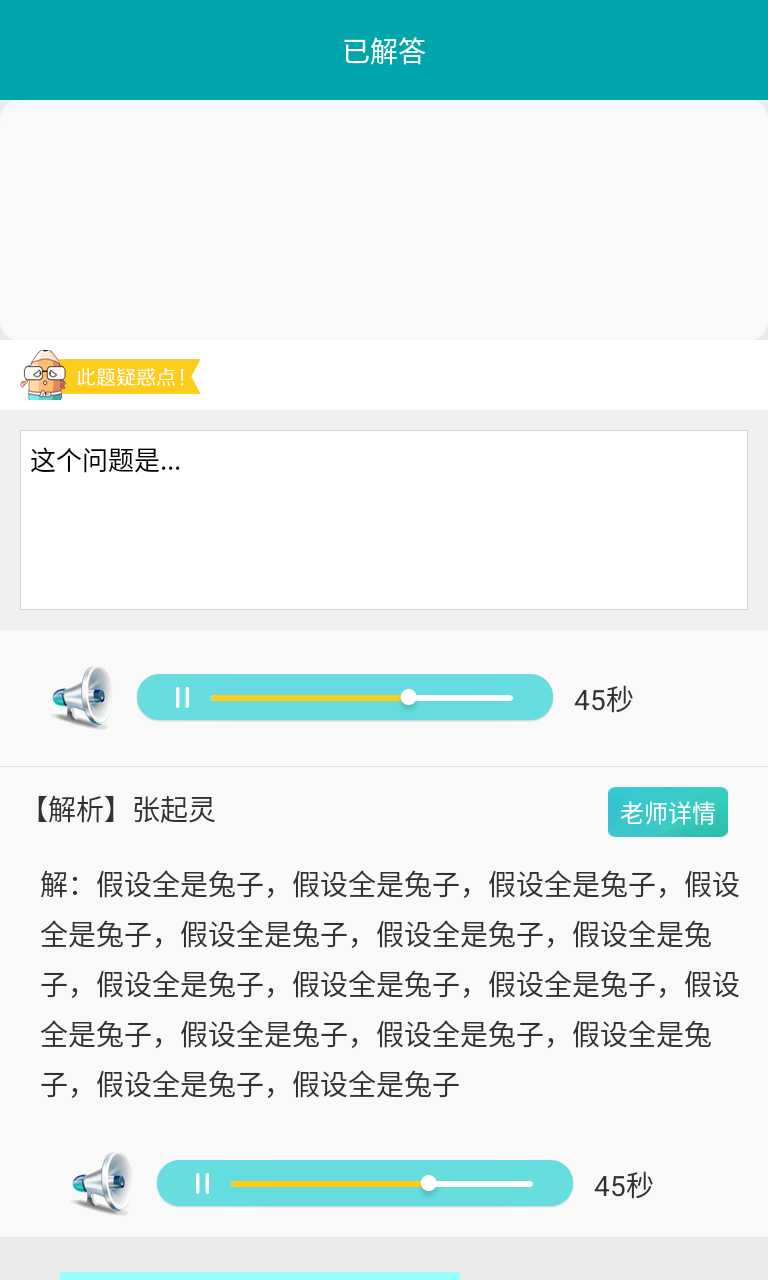
Repository: 2015-Forever/JWD
Layout: Jwd/res/layout/activity_answer.xml
These files come from the project's save history. The layout is drawn as it stood at one moment and after the next save; the edit follows.
It is drawn on a 768 x 1280 px phone screen (xhdpi) without system bars, with theme AppTheme; the app's code is not run. Lists and similar views that code fills are empty.

Above is the layout before, as saved 2015-07-16 06:42:31.

### Jwd/res/layout/activity_answer.xml
<?xml version="1.0" encoding="utf-8"?>
<ScrollView xmlns:android="http://schemas.android.com/apk/res/android"
    android:layout_width="match_parent"
    android:layout_height="match_parent"
    android:scrollbars="none" >

    <LinearLayout
        android:layout_width="match_parent"
        android:layout_height="wrap_content"
        android:background="#EAEAEA"
        android:orientation="vertical" >

        <LinearLayout
            android:layout_width="match_parent"
            android:layout_height="50dp"
            android:background="#00a6ac"
            android:gravity="center" >

            <TextView
                android:layout_width="wrap_content"
                android:layout_height="wrap_content"
                android:text="已解答"
                android:textColor="#ffffff" />
        </LinearLayout>

        <ImageView
            android:layout_width="match_parent"
            android:layout_height="120dp"
            android:background="@drawable/topic_picture" />

        <LinearLayout
            android:layout_width="match_parent"
            android:layout_height="35dp"
            android:background="#FFFFFF"
            android:gravity="center_vertical" >

            <ImageView
                android:layout_width="90dp"
                android:layout_height="25dp"
                android:layout_marginLeft="10dp"
                android:background="@drawable/navigation_icon_two" />
        </LinearLayout>

        <LinearLayout
            android:layout_width="match_parent"
            android:layout_height="110dp"
            android:background="#EFEFEF"
            android:gravity="center_vertical"
            android:padding="10dp" >

            <EditText
                android:layout_width="fill_parent"
                android:layout_height="match_parent"
                android:background="@drawable/edittext_bg"
                android:enabled="true"
                android:gravity="top"
                android:inputType="textMultiLine"
                android:lineSpacingExtra="5dp"
                android:paddingLeft="5dp"
                android:paddingTop="5dp"
                android:scrollbars="vertical"
                android:text="这个问题是..."
                android:textSize="13sp" >
            </EditText>
        </LinearLayout>

        <LinearLayout
            android:layout_width="match_parent"
            android:layout_height="68dp"
            android:background="#F9F9F9"
            android:gravity="center_vertical"
            android:orientation="horizontal" >

            <ImageView
                android:layout_width="wrap_content"
                android:layout_height="wrap_content"
                android:layout_marginLeft="25dp"
                android:layout_marginRight="10dp"
                android:background="@drawable/sound_icon" />

            <ImageView
                android:layout_width="wrap_content"
                android:layout_height="wrap_content"
                android:background="@drawable/sound_icon_one" />

            <TextView
                android:layout_width="wrap_content"
                android:layout_height="wrap_content"
                android:layout_marginLeft="10dp"
                android:text="45秒" />
        </LinearLayout>

        <View
            android:layout_width="match_parent"
            android:layout_height="wrap_content"
            android:background="@drawable/lin_one" />

        <RelativeLayout
            android:layout_width="match_parent"
            android:layout_height="wrap_content"
            android:background="#F9F9F9"
            android:padding="10dp" >

            <TextView
                android:id="@+id/teachername_tv"
                android:layout_width="wrap_content"
                android:layout_height="wrap_content"
                android:text="【解析】张起灵" />

            <Button
                android:layout_width="60dp"
                android:layout_height="25dp"
                android:layout_alignParentRight="true"
                android:layout_marginRight="10dp"
                android:background="@drawable/teacher_details_button"
                android:text="老师详情"
                android:textColor="#fff"
                android:textSize="12sp" />

            <TextView
                android:id="@+id/answer_tv"
                android:layout_width="match_parent"
                android:layout_height="wrap_content"
                android:layout_below="@id/teachername_tv"
                android:layout_marginLeft="10dp"
                android:layout_marginTop="17dp"
                android:lineSpacingExtra="5dp"
                android:singleLine="false"
                android:text="解：假设全是兔子，假设全是兔子，假设全是兔子，假设全是兔子，假设全是兔子，假设全是兔子，假设全是兔子，假设全是兔子，假设全是兔子，假设全是兔子，假设全是兔子，假设全是兔子，假设全是兔子，假设全是兔子，假设全是兔子，假设全是兔子" />

            <LinearLayout
                android:layout_below="@id/answer_tv"
                android:layout_width="match_parent"
                android:layout_height="wrap_content"
                android:background="#F9F9F9"
                android:paddingTop="24dp"
                android:gravity="center_vertical"
                android:orientation="horizontal" >

                <ImageView
                    android:layout_width="wrap_content"
                    android:layout_height="wrap_content"
                    android:layout_marginLeft="25dp"
                    android:layout_marginRight="10dp"
                    android:background="@drawable/sound_icon" />

                <ImageView
                    android:layout_width="wrap_content"
                    android:layout_height="wrap_content"
                    android:background="@drawable/sound_icon_one" />

                <TextView
                    android:layout_width="wrap_content"
                    android:layout_height="wrap_content"
                    android:layout_marginLeft="10dp"
                    android:text="45秒" />
            </LinearLayout>
        </RelativeLayout>

        <LinearLayout
            android:layout_width="match_parent"
            android:layout_height="60dp"
            android:gravity="center_vertical"
            android:orientation="vertical" >

            <ImageView
                android:layout_width="200dp"
                android:layout_height="25dp"
                android:layout_marginLeft="30dp"
                android:background="#97FFFF" />
        </LinearLayout>

        <ImageView
            android:layout_width="match_parent"
            android:layout_height="120dp"
            android:background="#90d7ec" />

        <ImageView
            android:layout_width="match_parent"
            android:layout_height="220dp"
            android:background="#667B99" />

        <LinearLayout
            android:layout_width="match_parent"
            android:layout_height="40dp"
            android:background="#fff"
            android:gravity="center_vertical"
            android:paddingLeft="20dp" >

            <TextView
                android:layout_width="wrap_content"
                android:layout_height="wrap_content"
                android:text="相关解答" />
        </LinearLayout>

        <View
            android:layout_width="match_parent"
            android:layout_height="0.5dp"
            android:background="#C4C4C4" />

        <ListView
            android:layout_width="match_parent"
            android:layout_height="200dp" >
        </ListView>

        <LinearLayout
            android:layout_width="match_parent"
            android:layout_height="40dp"
            android:background="#fff"
            android:gravity="center_vertical"
            android:paddingLeft="20dp" >

            <TextView
                android:layout_width="wrap_content"
                android:layout_height="wrap_content"
                android:text="评论" />
        </LinearLayout>
    </LinearLayout>

</ScrollView>

### Jwd/res/drawable/edittext_bg.xml
<?xml version="1.0" encoding="utf-8"?>
<selector xmlns:android="http://schemas.android.com/apk/res/android" >

    <item >
        <shape >
            <solid android:color="#FFFFFF"/>
            <stroke android:width="0.5dip" android:color="#D3D3D3"/>
        </shape>
    </item>

</selector>

Loaded but not shown: Jwd/res/values/styles.xml (common file); Jwd/res/values-v11/styles.xml (common file); Jwd/res/values-v14/styles.xml (common file)

After the next save:
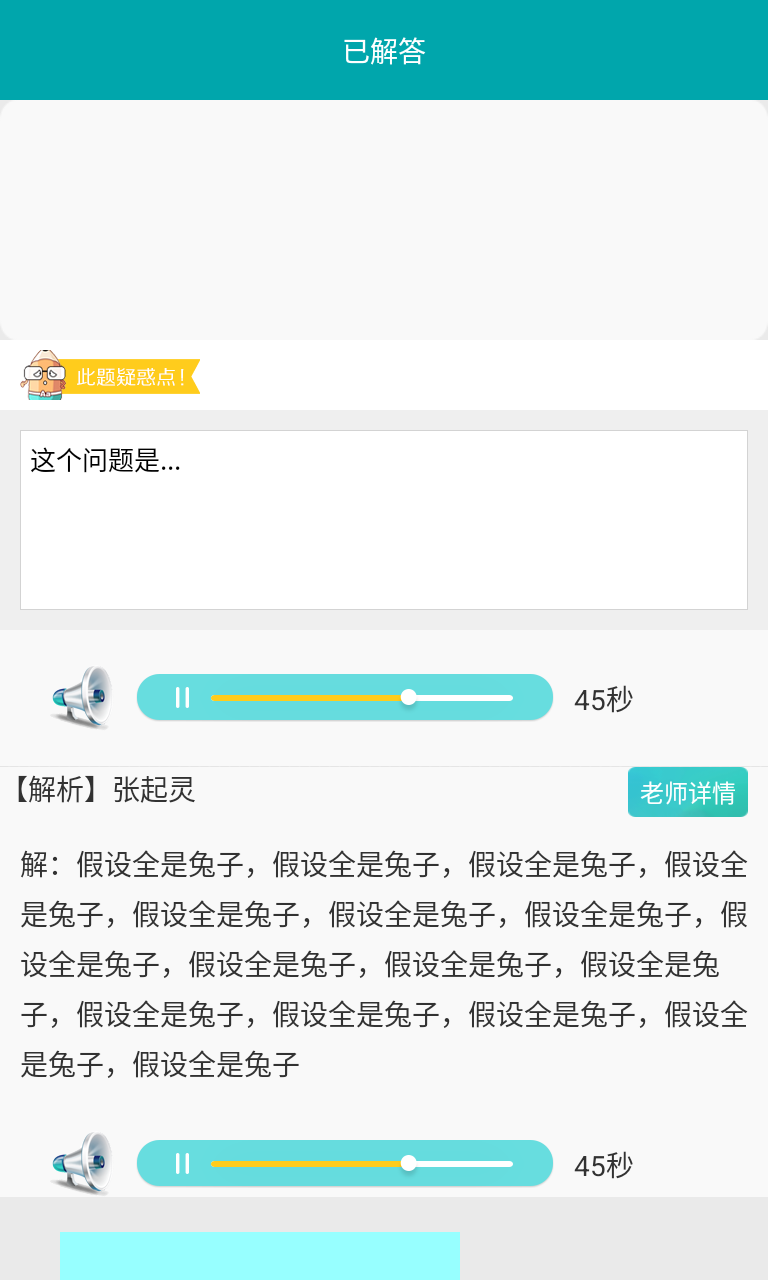
Saved 53 s later.
--- a/Jwd/res/layout/activity_answer.xml
+++ b/Jwd/res/layout/activity_answer.xml
@@ -98,8 +98,7 @@
         <RelativeLayout
             android:layout_width="match_parent"
             android:layout_height="wrap_content"
-            android:background="#F9F9F9"
-            android:padding="10dp" >
+            android:background="#F9F9F9">
 
             <TextView
                 android:id="@+id/teachername_tv"
